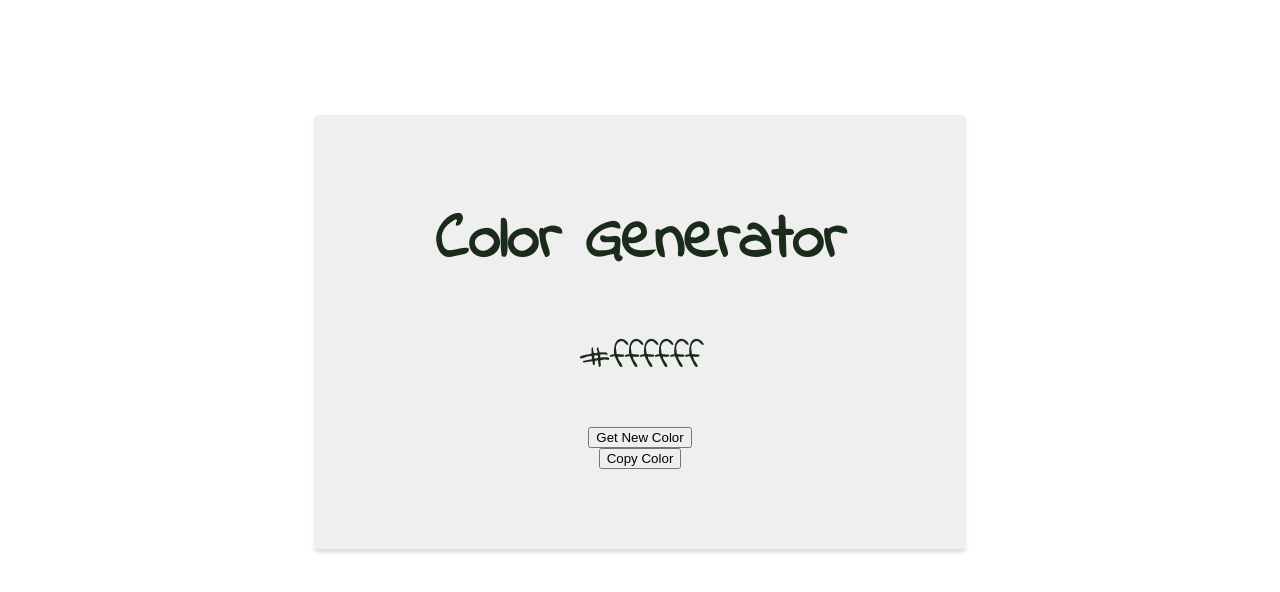
Repository: codimis/JSB-01-Color-Changer
Page: index.html
An editor plug-in stored every save of this project. The page is shown before and after the next save, followed by the edit.
The browser window is 1280 px wide. The pictures show the whole page.

Above is the page before, as saved 2021-09-17 01:46:32.

### index.html
<!DOCTYPE html>
<html lang="en">
<head>
    <meta charset="UTF-8">
    <meta http-equiv="X-UA-Compatible" content="IE=edge">
    <meta name="viewport" content="width=device-width, initial-scale=1.0">
    <title>Color Generator</title>
    <link rel="stylesheet" href="style.css" />
    <script defer src="color.js"></script>
</head>
<body>
    <div class="container">
        <h1>Color Generator</h1>
        <p id="currentColor">#ffffff</p>
        <button id="pickColor" onclick="setColor()">Get New Color</button>
        <button id="copyColor" onclick="copyColor()">Copy Color</button></div>
</body>
</html>

### style.css
@import url('https://fonts.googleapis.com/css2?family=Indie+Flower&display=swap');

:root {
    --color-dark: #1b2b1b;
    --color-light: #efefef;
}

body {
    color: var(--color-dark);
    display: grid;
    font-family: "Indie Flower", sans-serif;
    font-size: 2.5rem;
    min-height: 90vh;
    min-width: 90vw;
    place-items: center;
}

.container {
    align-items: center;
    background-color: var(--color-light);
    border-radius: 3px;
    box-shadow: 0 3px 4px rgba(50, 50, 50, .2);
    display: flex;
    flex-direction: column;
    padding: 2em 3em;
    position: relative;
}

.alert {
    position: absolute;
    top: -50px;
    background-color: var(--color-light);
    padding: 8px 12px;
    box-shadow: 0 3px 4px rgba(50, 50, 50, .2);
}

.alert::after {
    border-color: var(--color-light) transparent transparent transparent;
    border-style: solid;
    border-width: 7px 7px 0 7px;
    bottom: -7px;
    content: "";
    left: 50%;
    position: absolute;
    transform: translateX(-50%);
}

h1 {
    margin: 0;
    padding: 0;
    font-size: 4rem;
}

Loaded but not shown: color.js (no stored copy; drawn as an empty file)

After the next save:
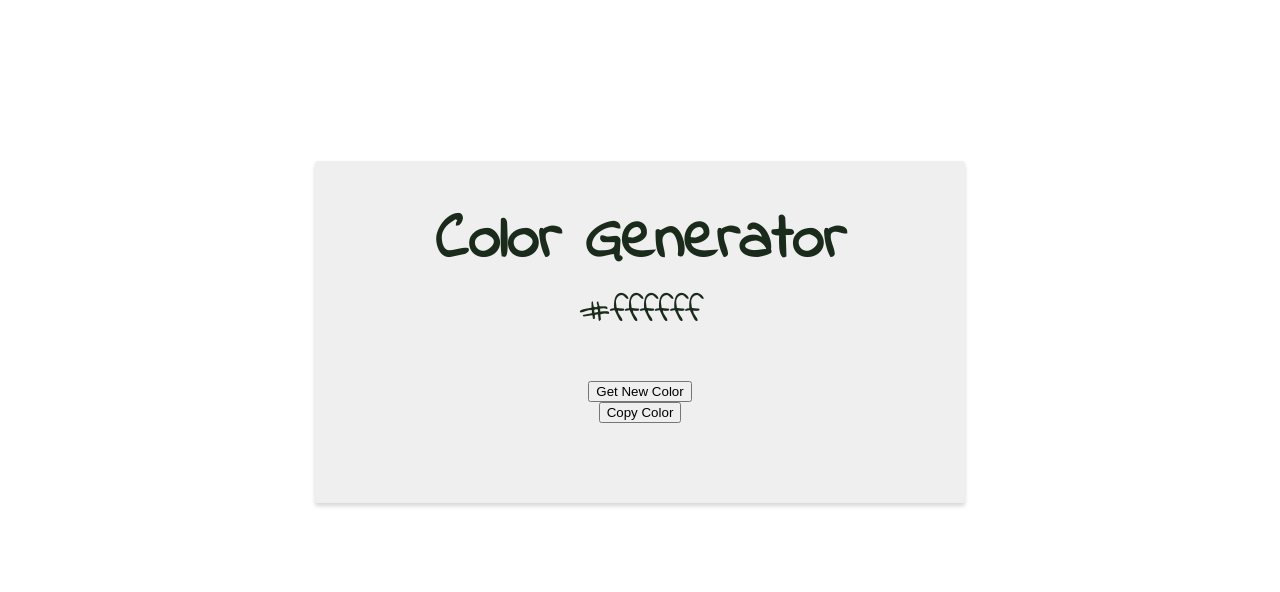
Saved 12 s later.
--- a/style.css
+++ b/style.css
@@ -49,4 +49,5 @@
     margin: 0;
     padding: 0;
     font-size: 4rem;
+    line-height: 1px;
 }

After the save that followed:
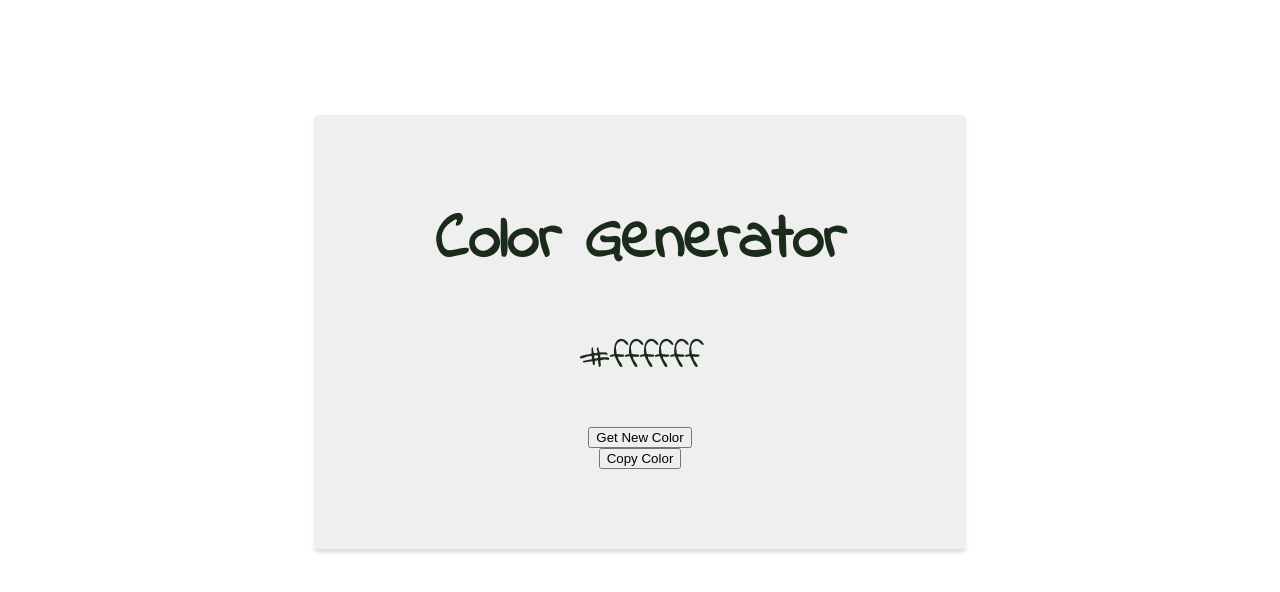
Saved 5 s later.
--- a/style.css
+++ b/style.css
@@ -49,5 +49,5 @@
     margin: 0;
     padding: 0;
     font-size: 4rem;
-    line-height: 1px;
+    line-height: ;
 }
